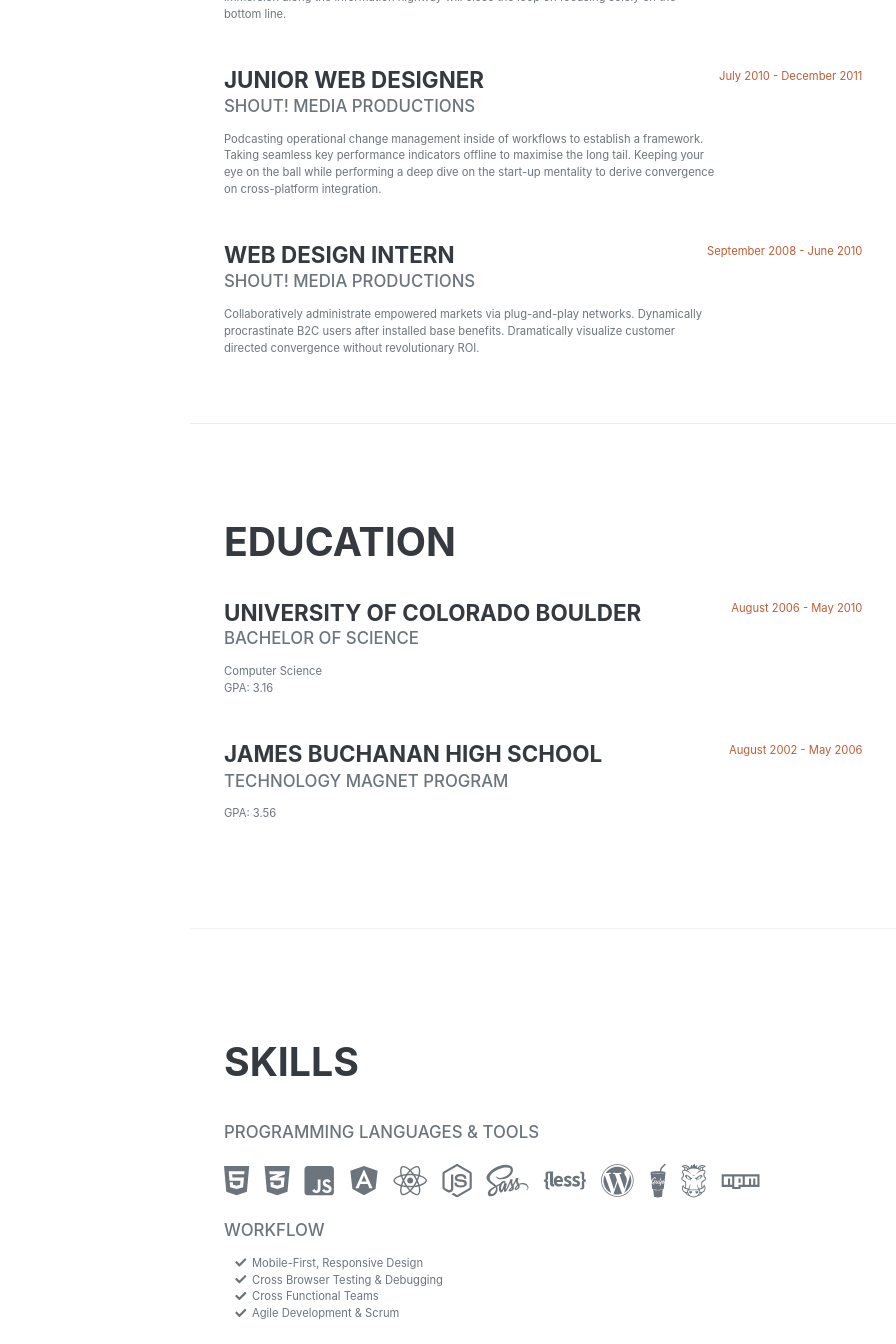
Repository: nguyenlcc/Online-CV
Page: index.html
These files come from the project's save history. The page is drawn as it stood at one moment and after the next save; the edit follows.
The browser window is 1280 px wide. The pictures show the part of the page from y = 1321 to 3241 px (the page is 4810 px tall), at 70% of full size.
Some web fonts or font styles are not loaded; a fallback is used. Some web libraries are served in a nearby version.

Above is the page before, as saved 2022-05-21 16:34:06.

After the next save:
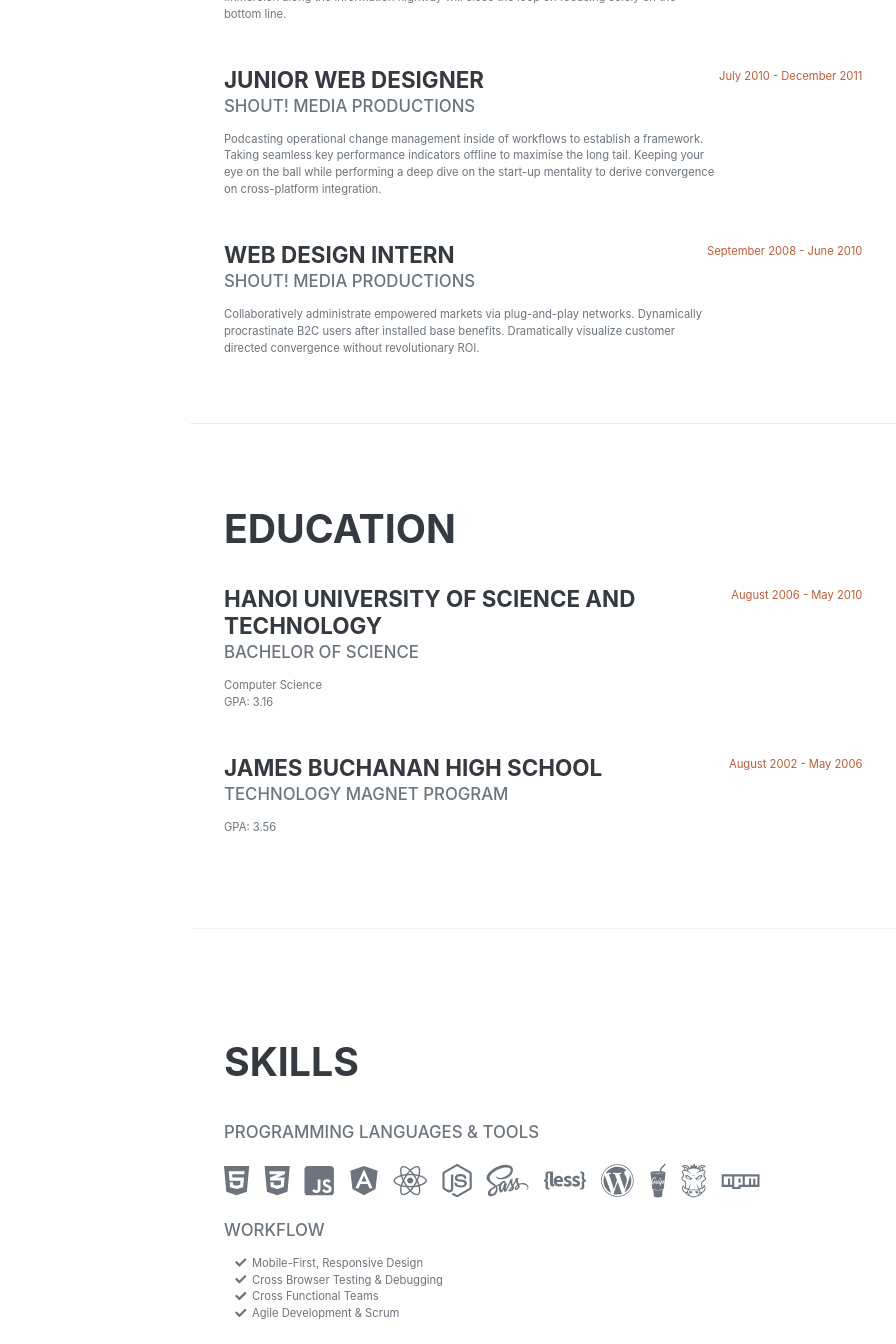
Saved 30 s later.
--- a/index.html
+++ b/index.html
@@ -201,7 +201,7 @@
             class="d-flex flex-column flex-md-row justify-content-between mb-5"
           >
             <div class="flex-grow-1">
-              <h3 class="mb-0">University of Colorado Boulder</h3>
+              <h3 class="mb-0">HANOI UNIVERSITY OF SCIENCE AND TECHNOLOGY</h3>
               <div class="subheading mb-3">Bachelor of Science</div>
               <div>Computer Science</div>
               <p>GPA: 3.16</p>
